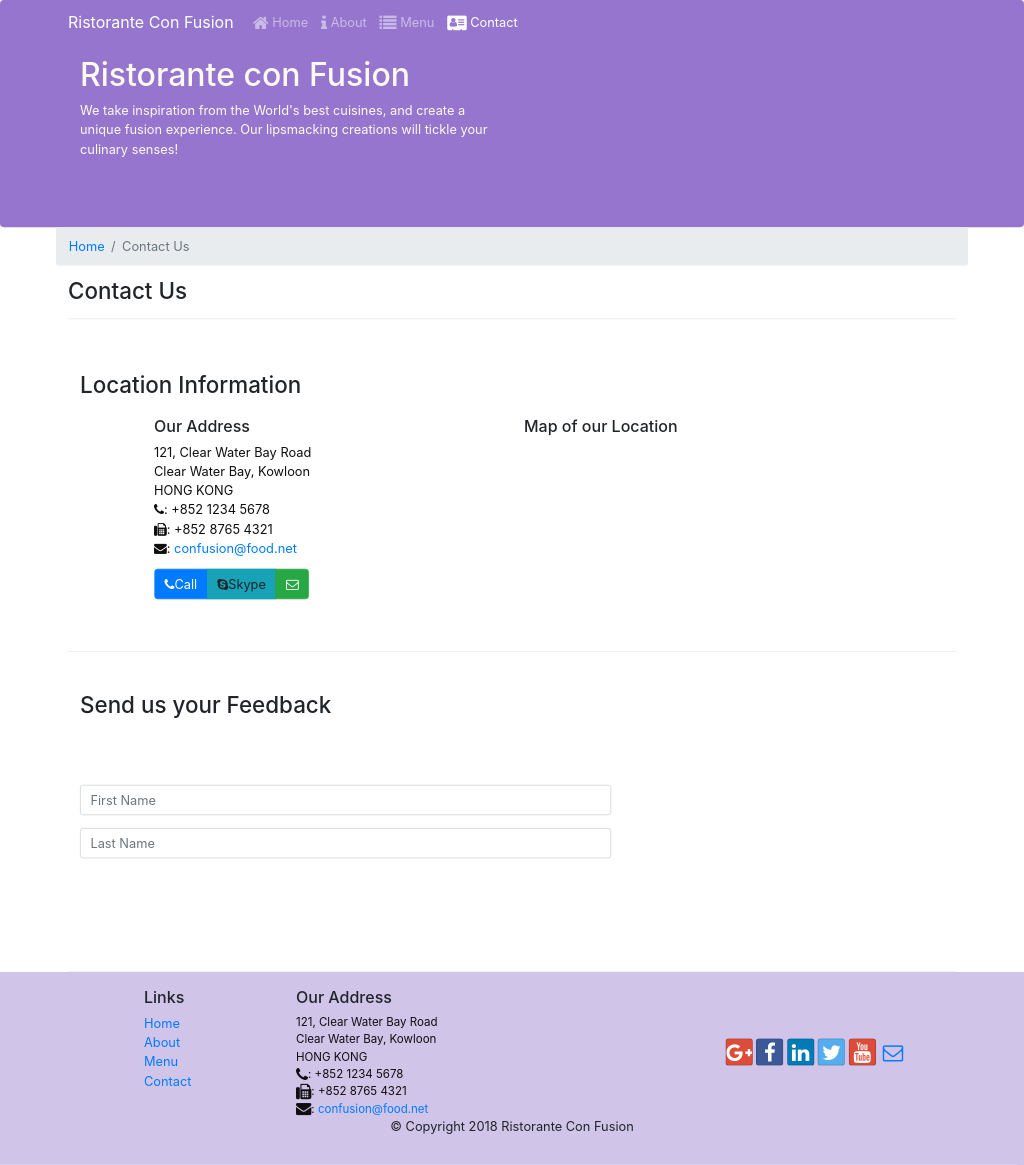
Repository: HwZau/conFusion
Page: contactus.html
An editor plug-in stored every save of this project. The page is shown before and after a run of saves, followed by the edit.
The browser window is 1280 px wide. The pictures show the whole page, at 80% of full size.

Above is the page before, as saved 2022-05-19 09:43:06.

### contactus.html
<!DOCTYPE html>
<html lang="en">
  <head>
    <title>Ristorante Con Fusion: About Us</title>
    <!-- Required meta tags always come first -->
    <meta charset="utf-8" />
    <meta
      name="viewport"
      content="width=device-width, initial-scale=1, shrink-to-fit=no"
    />
    <meta http-equiv="x-ua-compatible" content="ie=edge" />

    <!-- Bootstrap CSS -->
    <link
      rel="stylesheet"
      href="node_modules/bootstrap/dist/css/bootstrap.min.css"
    />
    <link
      rel="stylesheet"
      href="node_modules/font-awesome/css/font-awesome.min.css"
    />
    <link
      rel="stylesheet"
      href="node_modules/bootstrap-social/bootstrap-social.css"
    />
    <link rel="stylesheet" href="css/style.css" />
  </head>

  <body>
    <nav class="navbar navbar-dark navbar-expand-sm fixed-top">
      <div class="container">
        <button
          class="navbar-toggler"
          type="button"
          data-toggle="collapse"
          data-target="#Navbar"
        >
          <span class="navbar-toggler-icon"></span>
        </button>
        <a class="navbar-brand" href="#">Ristorante Con Fusion</a>
        <div class="collapse navbar-collapse" id="Navbar">
          <ul class="navbar-nav mr-auto">
            <li class="nav-item">
              <a class="nav-link" href="./index.html"
                ><span class="fa fa-home fa-lg"></span> Home</a
              >
            </li>
            <li class="nav-item">
              <a class="nav-link" href="./aboutus.html"
                ><span class="fa fa-info fa-lg"></span> About</a
              >
            </li>
            <li class="nav-item">
              <a class="nav-link" href="#"
                ><span class="fa fa-list fa-lg"></span> Menu</a
              >
            </li>
            <li class="nav-item active">
              <a class="nav-link" href="#"
                ><span class="fa fa-address-card fa-lg"></span> Contact</a
              >
            </li>
          </ul>
        </div>
      </div>
    </nav>

    <header class="jumbotron">
      <div class="container">
        <div class="row row-header">
          <div class="col-12 col-sm-6">
            <h1>Ristorante con Fusion</h1>
            <p>
              We take inspiration from the World's best cuisines, and create a
              unique fusion experience. Our lipsmacking creations will tickle
              your culinary senses!
            </p>
          </div>
          <div class="col-12 col-sm"></div>
        </div>
      </div>
    </header>

    <div class="container">
      <div class="row">
        <ol class="col-12 breadcrumb">
          <li class="breadcrumb-item"><a href="./index.html">Home</a></li>
          <li class="breadcrumb-item active">Contact Us</li>
        </ol>
        <div class="col-12">
          <h3>Contact Us</h3>
          <hr />
        </div>
      </div>

      <div class="row row-content">
        <div class="col-12">
          <h3>Location Information</h3>
        </div>
        <div class="col-12 col-sm-4 offset-sm-1">
          <h5>Our Address</h5>
          <address style="font-size: 100%">
            121, Clear Water Bay Road<br />
            Clear Water Bay, Kowloon<br />
            HONG KONG<br />
            <i class="fa fa-phone"></i>: +852 1234 5678<br />
            <i class="fa fa-fax"></i>: +852 8765 4321<br />
            <i class="fa fa-envelope"></i>:
            <a href="mailto:confusion@food.net">confusion@food.net</a>
          </address>
        </div>
        <div class="col-12 col-sm-6 offset-sm-1">
          <h5>Map of our Location</h5>
        </div>
        <div class="col-12 col-sm-11 offset-sm-1">
            <div class="btn-group" role="group">
                <a role="button" class="btn btn-primary" href="tel:+85212345678"><i class="fa fa-phone"></i>Call</a>
                <a role="button" class="btn btn-info"><i class="fa fa-skype"></i>Skype</a>
                <a role="button" class="btn btn-success" href="mailto:confusion@food.net"><i class="fa fa-envelope-o"></i></a>
            </div>
        </div>
      </div>

      <div class="row row-content">
        <div class="col-12">
          <h3>Send us your Feedback</h3>
        </div>
        <div class="col-12 col-md-9">
            <form action="" class="form-group row">
                <label for="firstname" ></label>
                <div class="col-md-10">
                    <input type="text" class="form-control" id="firstname" name="firstname" placeholder="First Name">
                </div>
            </form>
            <form action="" class="form-group row">
                <label for="lastname" ></label>
                <div class="col-md-10">
                    <input type="text" class="form-control" id="lastname" name="lastname" placeholder="Last Name">
                </div>
            </form>
        </div>
        <div class="col-12 col-md"></div>
      </div>
    </div>

    <footer class="footer">
      <div class="container">
        <div class="row">
          <div class="col-4 offset-1 col-sm-2">
            <h5>Links</h5>
            <ul class="list-unstyled">
              <li><a href="#">Home</a></li>
              <li><a href="#">About</a></li>
              <li><a href="#">Menu</a></li>
              <li><a href="#">Contact</a></li>
            </ul>
          </div>
          <div class="col-7 col-sm-5">
            <h5>Our Address</h5>
            <address>
              121, Clear Water Bay Road<br />
              Clear Water Bay, Kowloon<br />
              HONG KONG<br />
              <i class="fa fa-phone fa-lg"></i>: +852 1234 5678<br />
              <i class="fa fa-fax fa-lg"></i>: +852 8765 4321<br />
              <i class="fa fa-envelope fa-lg"></i>:
              <a href="mailto:confusion@food.net">confusion@food.net</a>
            </address>
          </div>
          <div class="col-12 col-sm-4 align-self-center">
            <div class="text-center">
              <a
                class="btn btn-social-icon btn-google"
                href="http://google.com/+"
                ><i class="fa fa-google-plus"></i
              ></a>
              <a
                class="btn btn-social-icon btn-facebook"
                href="http://www.facebook.com/profile.php?id="
                ><i class="fa fa-facebook"></i
              ></a>
              <a
                class="btn btn-social-icon btn-linkedin"
                href="http://www.linkedin.com/in/"
                ><i class="fa fa-linkedin"></i
              ></a>
              <a
                class="btn btn-social-icon btn-twitter"
                href="http://twitter.com/"
                ><i class="fa fa-twitter"></i
              ></a>
              <a
                class="btn btn-social-icon btn-google"
                href="http://youtube.com/"
                ><i class="fa fa-youtube"></i
              ></a>
              <a class="btn btn-social-icon" href="mailto:"
                ><i class="fa fa-envelope-o"></i
              ></a>
            </div>
          </div>
        </div>
        <div class="row justify-content-center">
          <div class="col-auto">
            <p>© Copyright 2018 Ristorante Con Fusion</p>
          </div>
        </div>
      </div>
    </footer>
    <!-- jQuery first, then Popper.js, then Bootstrap JS. -->
    <script src="node_modules/jquery/dist/jquery.slim.min.js"></script>
    <script src="node_modules/popper.js/dist/umd/popper.min.js"></script>
    <script src="node_modules/bootstrap/dist/js/bootstrap.min.js"></script>
  </body>
</html>

### css/style.css

.row-header {
	margin: 0px auto;
	padding: 0px auto;
}

.row-content {
	margin: 0 auto;
	padding: 50px 0px 50px 0px;
	border-bottom: 1px ridge;
	min-height: 400px;
}

.footer {
	background-color: #D1C4E9;
	margin: 0px auto;
	padding: 20px 0px 20px 0px;
}

.jumbotron {
	padding: 70px 30px 70px 30px;
	margin: 0px auto;
	background: #9575CD;
	color: floralwhite;
}

address {
	font-size: 90%;
	margin: 0px;
	color:#0f0f0f;
}

Loaded but not shown: node_modules/bootstrap/dist/css/bootstrap.min.css (library); node_modules/font-awesome/css/font-awesome.min.css (library); node_modules/bootstrap-social/bootstrap-social.css (library); node_modules/jquery/dist/jquery.slim.min.js (library); node_modules/popper.js/dist/umd/popper.min.js (library); node_modules/bootstrap/dist/js/bootstrap.min.js (library)

After the next 2 saves:
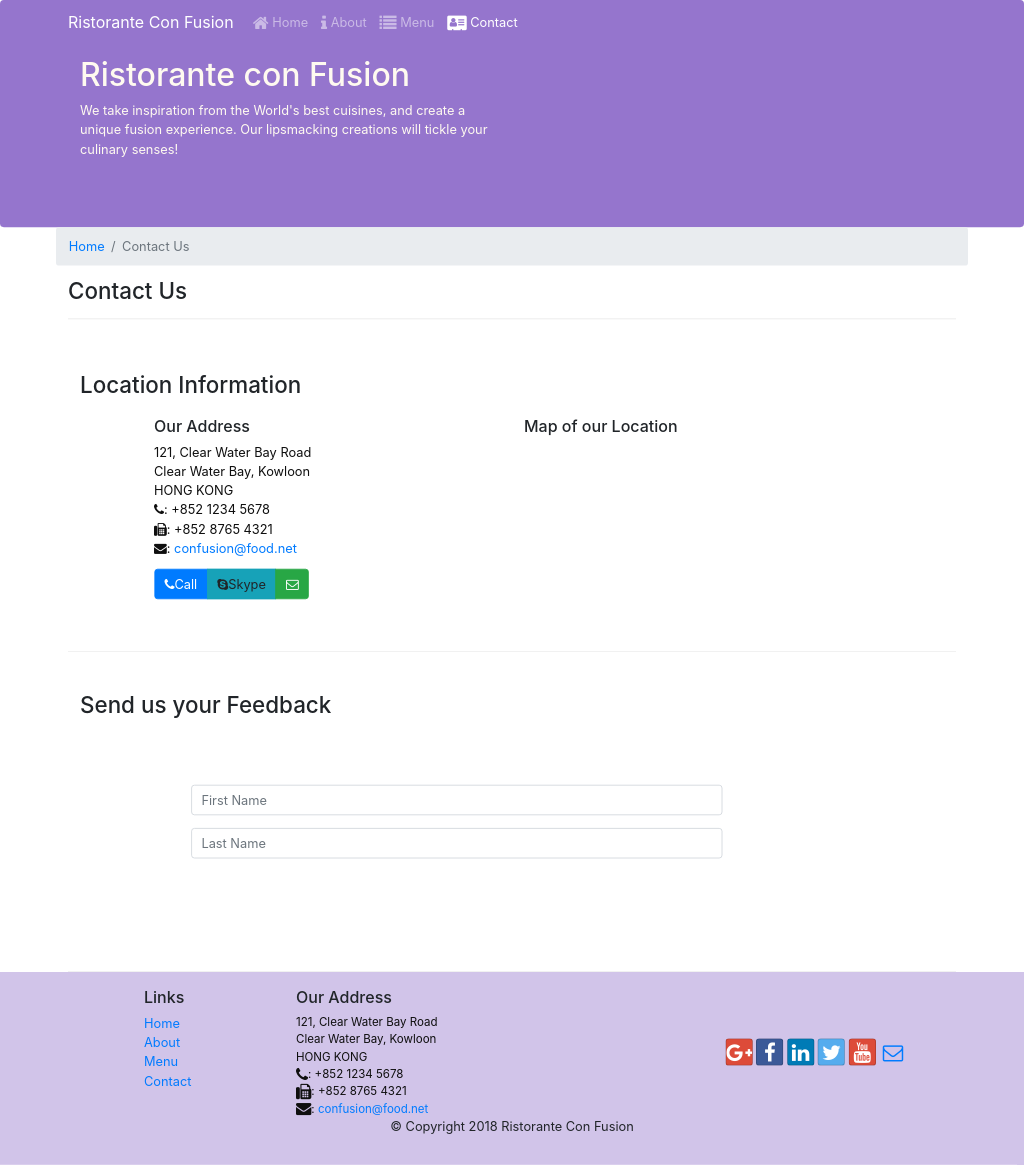
The 2 saves are shown as one change because they came seconds apart.
The last was saved 7 s later.
--- a/contactus.html
+++ b/contactus.html
@@ -127,13 +127,13 @@
         </div>
         <div class="col-12 col-md-9">
             <form action="" class="form-group row">
-                <label for="firstname" ></label>
+                <label for="firstname" class="col-md"></label>
                 <div class="col-md-10">
                     <input type="text" class="form-control" id="firstname" name="firstname" placeholder="First Name">
                 </div>
             </form>
             <form action="" class="form-group row">
-                <label for="lastname" ></label>
+                <label for="lastname" class="col-md"></label>
                 <div class="col-md-10">
                     <input type="text" class="form-control" id="lastname" name="lastname" placeholder="Last Name">
                 </div>
